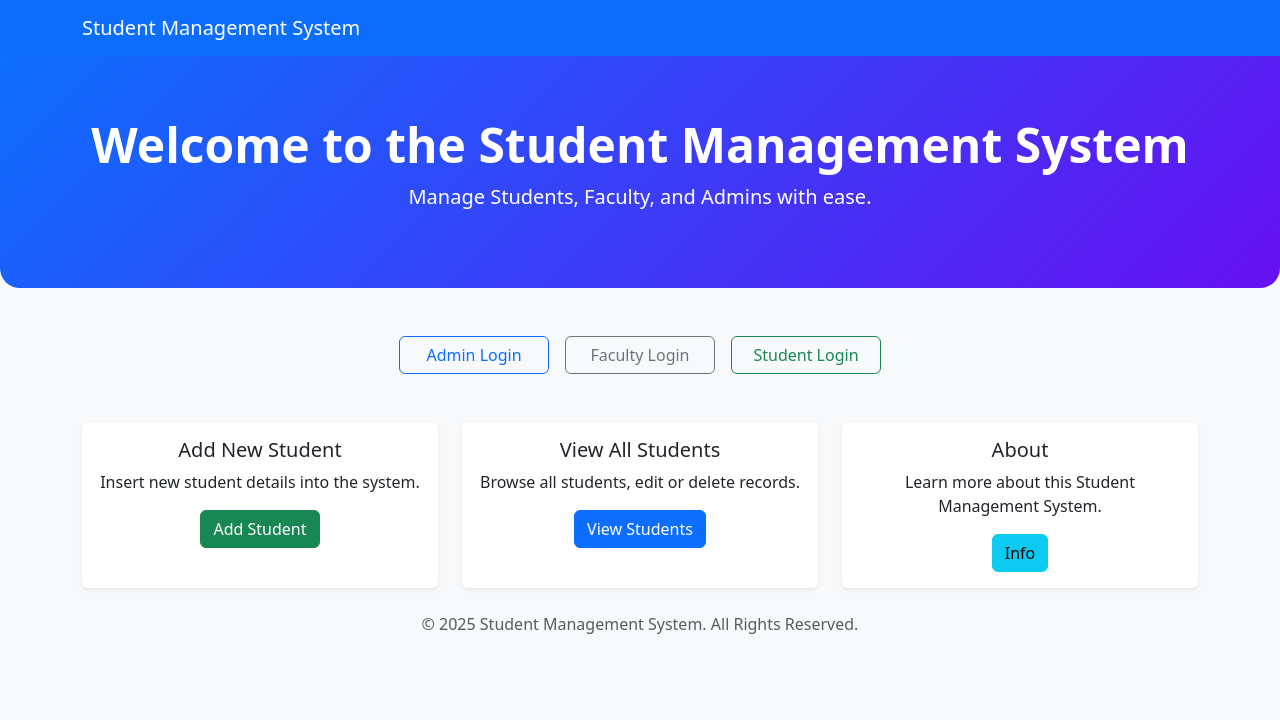
Repository: BorudePiyush/StudentMANAGEMENTSystem-using-java
Page: http://localhost/Student_management_systems/
These files come from the project's save history. The page is drawn as it stood at one moment and after the next save; the edit follows.
The browser window is 1280 px wide. The pictures show the whole page.
The page is served by Tomcat 10.

Above is the page before, as saved 2025-06-09 11:08:02.

After the next save:
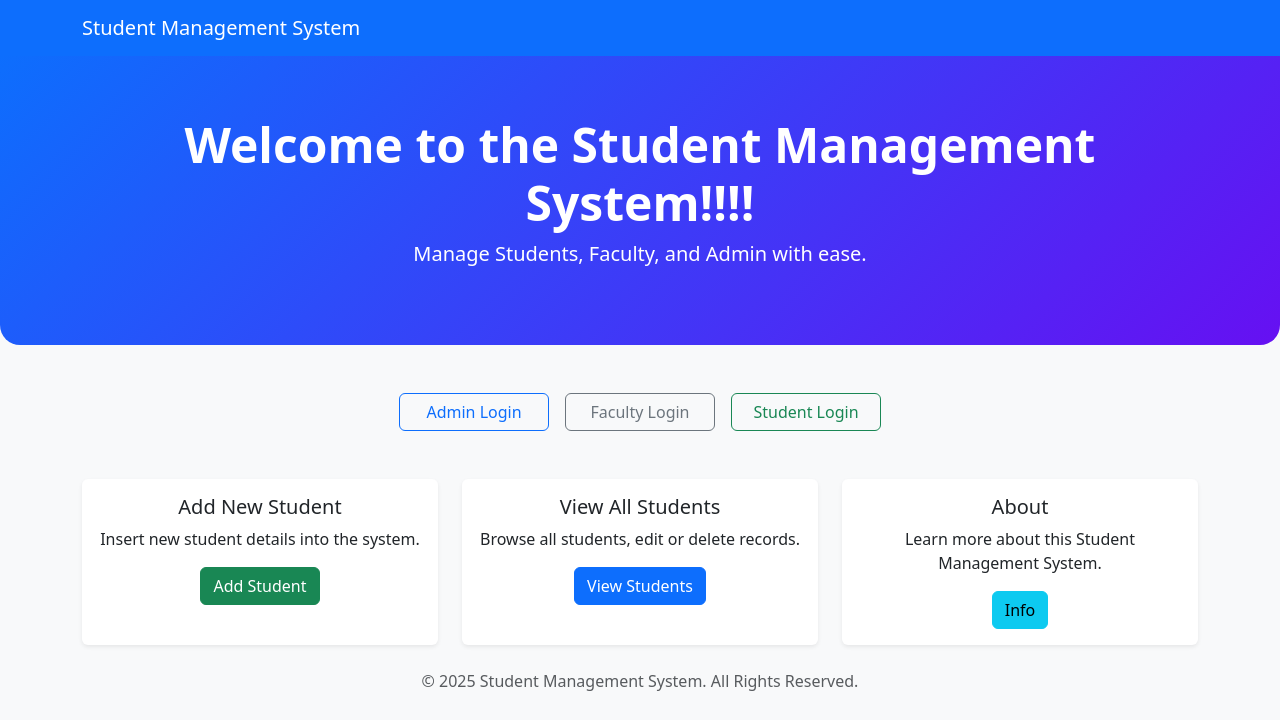
Saved 92 s later.
--- a/Student management systems/src/main/webapp/index.html
+++ b/Student management systems/src/main/webapp/index.html
@@ -49,8 +49,8 @@
 
   <div class="hero">
     <div class="container">
-      <h1>Welcome to the Student Management System</h1>
-      <p class="lead">Manage Students, Faculty, and Admins with ease.</p>
+      <h1>Welcome to the Student Management System!!!!</h1>
+      <p class="lead">Manage Students, Faculty, and Admin with ease.</p>
     </div>
   </div>
 
